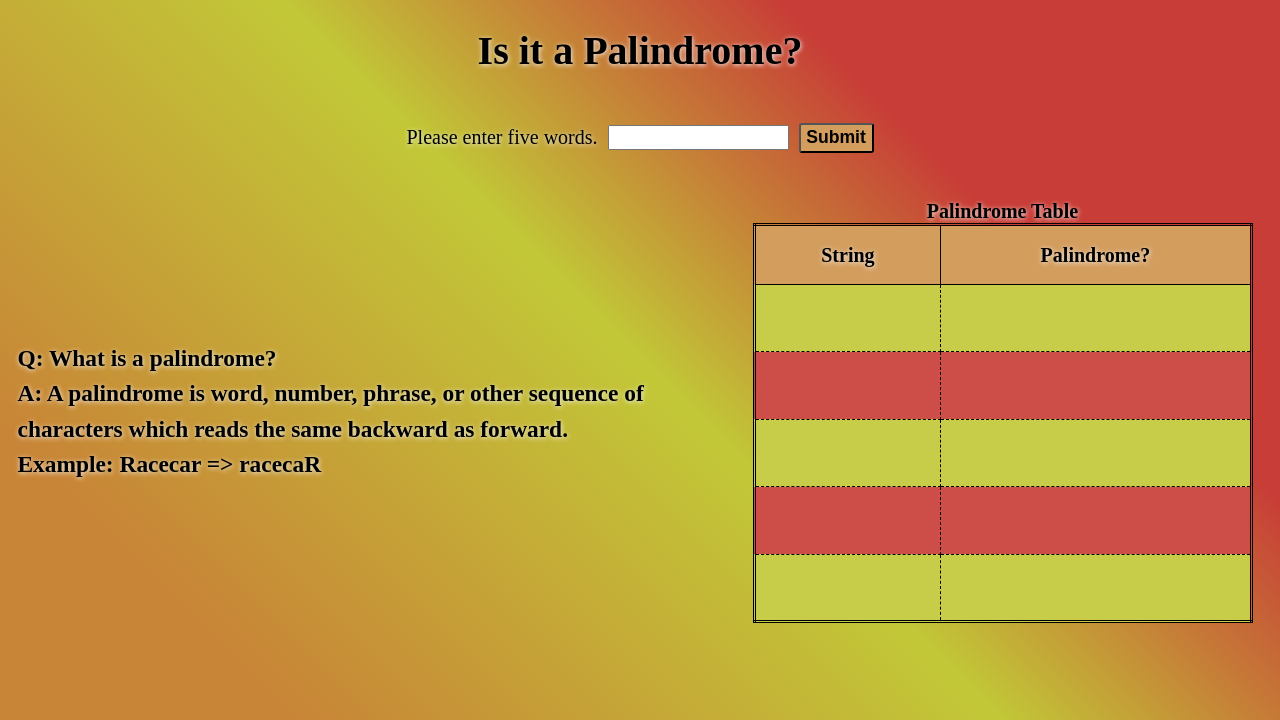
Repository: mlmEFSC21/P18-Palindrome-Table
Page: palindrome.html
An editor plug-in stored every save of this project. The page is shown before and after a run of saves, followed by the edit.
The browser window is 1280 px wide. The pictures show the whole page.

Above is the page before, as saved 2022-04-04 18:07:00.

### palindrome.html
<!DOCTYPE html>
<html lang="en">
    <head>
        <meta charset="UTF-8" />
        <meta http-equiv="X-UA-Compatible" content="IE=edge" />
        <meta name="viewport" content="width=device-width, initial-scale=1.0" />
        <link rel="stylesheet" href="palindrome.css" />
        <script defer src="palindrome.js"></script>
        <title>Palindrome Table</title>
    </head>
    <body>
        <header class="mainHeader">
            <h1>Is it a Palindrome?</h1>
        </header>
        <div class="mainContent">
            <div class="formContainer" id="formContainer">
                <form class="palindromeForm" id="palindromeForm">
                    <label for="stringInput">Please enter five words.</label>
                    <input
                        type="text"
                        name="stringInput"
                        class="stringInput"
                        id="stringInput"
                        required
                    />
                    <button type="submit" class="submit-btn" id="submit-btn">Submit</button>
                </form>
            </div>
            <div class="tableContainer" id="tableContainer">
                <div class="definition">
                    <h3>
                        <p>Q: What is a palindrome?</p>
                        <p>
                            A: A palindrome is word, number, phrase, or other sequence of characters
                            which reads the same backward as forward.
                        </p>
                        <p>Example: Racecar => racecaR</p>
                    </h3>
                </div>
                <table>
                    <caption>
                        Palindrome Table
                    </caption>
                    <thead>
                        <tr>
                            <th>String</th>
                            <th>Palindrome?</th>
                        </tr>
                    </thead>
                    <tbody>
                        <tr>
                            <td class="string"></td>
                            <td class="yes-no"></td>
                        </tr>
                        <tr>
                            <td class="string"></td>
                            <td class="yes-no"></td>
                        </tr>
                        <tr>
                            <td class="string"></td>
                            <td class="yes-no"></td>
                        </tr>
                        <tr>
                            <td class="string"></td>
                            <td class="yes-no"></td>
                        </tr>
                        <tr>
                            <td class="string"></td>
                            <td class="yes-no"></td>
                        </tr>
                    </tbody>
                </table>
            </div>
        </div>
    </body>
</html>

### palindrome.css
*,
*::after,
*::before {
    box-sizing: border-box;
    margin: 0;
    padding: 0;
}
body {
    height: 100vh;
    text-shadow: 0.5px 0.5px 5px whitesmoke;
    font-size: 1.25rem;
    background-image: linear-gradient(45deg, #c88537 15%, #c2c837 50%, #c83d37 75%);
    background-repeat: no-repeat;
}
header {
    display: flex;
    align-items: center;
    justify-content: center;
    height: 100px;
}
.mainContent {
    display: flex;
    flex-wrap: wrap;
}
.formContainer {
    width: 100vw;
    margin: 10px, auto;
    padding: 15px;
}
form {
    display: flex;
    justify-content: center;
    align-items: center;
}
input {
    margin: 10px;
    height: 25px;
}
button {
    height: 30px;
    width: 75px;
    background-color: #d39d5e;
    font-size: 1.1rem;
    font-weight: 600;
    border-radius: 3px;
}
button:hover {
    background-color: #8f5f27;
}
.tableContainer {
    display: flex;
    justify-content: space-around;
    align-items: space-around;
    padding: 15px;
}
.definition {
    justify-self: center;
    align-self: center;
    flex-wrap: wrap;
    flex-basis: 720px;
    line-height: 1.5;
}
table {
    border-collapse: collapse;
    border: 3px double black;
    margin: 10px;
    padding: 10px;
    width: 500px;
    height: 400px;
    text-align: center;
    font-weight: 700;
}
th {
    height: 60px;
    border: 1px solid black;
    padding: 15px;
    background-color: #d39d5e;
}
tr,
td {
    height: 30px;
    border: 1px dashed black;
    padding: 5px;
}
tr {
    background-color: #c8cd49;
}
tr:nth-child(even) {
    background-color: #cd4e49;
}

### palindrome.js
let stringsArray = [];
let index = 0;
const form = document.querySelector("#palindromeForm");
const stringInput = document.getElementById("stringInput");
const td_Yes_No = document.querySelectorAll("td.yes-no");
const td_String = document.querySelectorAll("td.string");
form.addEventListener("submit", populateStringArray);

function populateStringArray(e) {
    e.preventDefault();
    stringsArray.push(stringInput.value);
    addStringToTable(index);
    if (index >= 4) {
        testForPalindromes();
        stringInput.value = "";
    } else {
        stringInput.value = "";
        index++;
    }
}
function addStringToTable(index) {
    td_String[index].innerText = stringsArray[index];
}
function testForPalindromes() {
    let counter = 0;
    while (counter < stringsArray.length) {
        testString = stringsArray[counter];
        testString = testString.toLowerCase();
        let reverseString = testString.split("").reverse().join("");
        if (testString === reverseString) {
            td_Yes_No[counter].innerText = "Yes";
        } else {
            td_Yes_No[counter].innerText = "No";
        }
        counter++;
    }
}

After the next 2 saves:
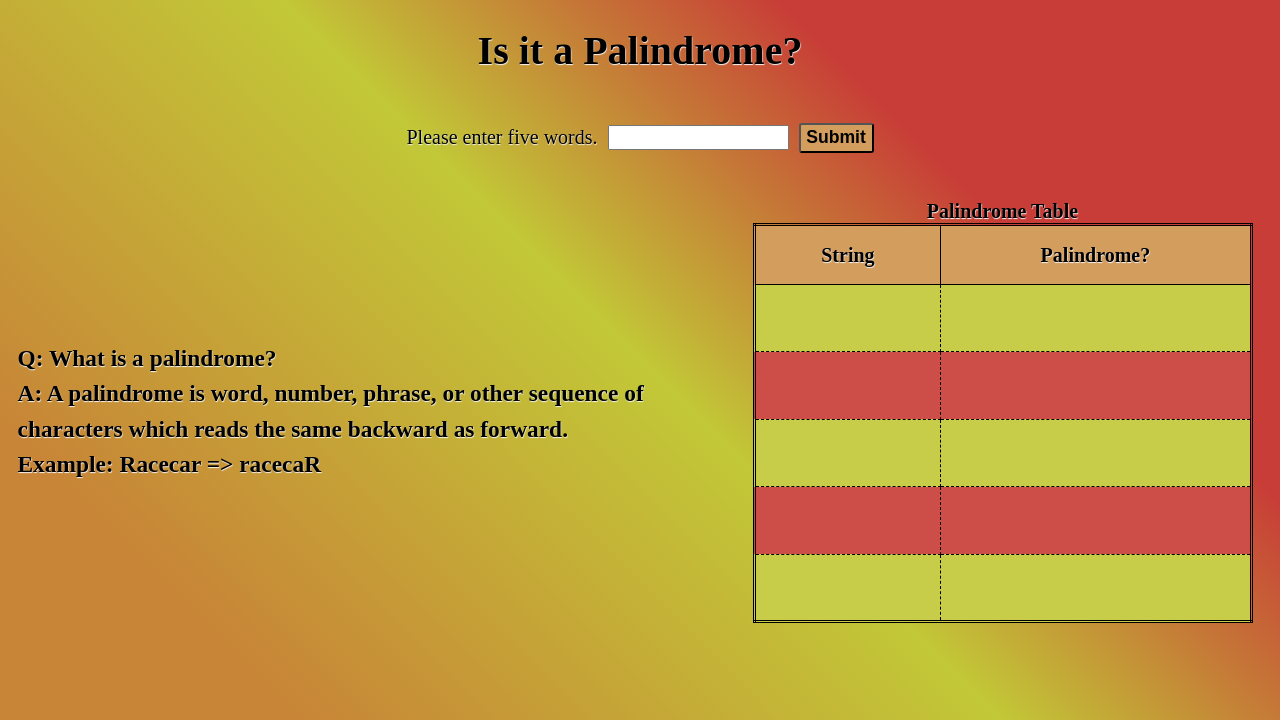
The 2 saves are shown as one change because they came seconds apart.
The last was saved 7 s later.
--- a/palindrome.css
+++ b/palindrome.css
@@ -7,7 +7,7 @@
 }
 body {
     height: 100vh;
-    text-shadow: 0.5px 0.5px 5px whitesmoke;
+    text-shadow: 0.5px 0.5px 1px whitesmoke;
     font-size: 1.25rem;
     background-image: linear-gradient(45deg, #c88537 15%, #c2c837 50%, #c83d37 75%);
     background-repeat: no-repeat;
